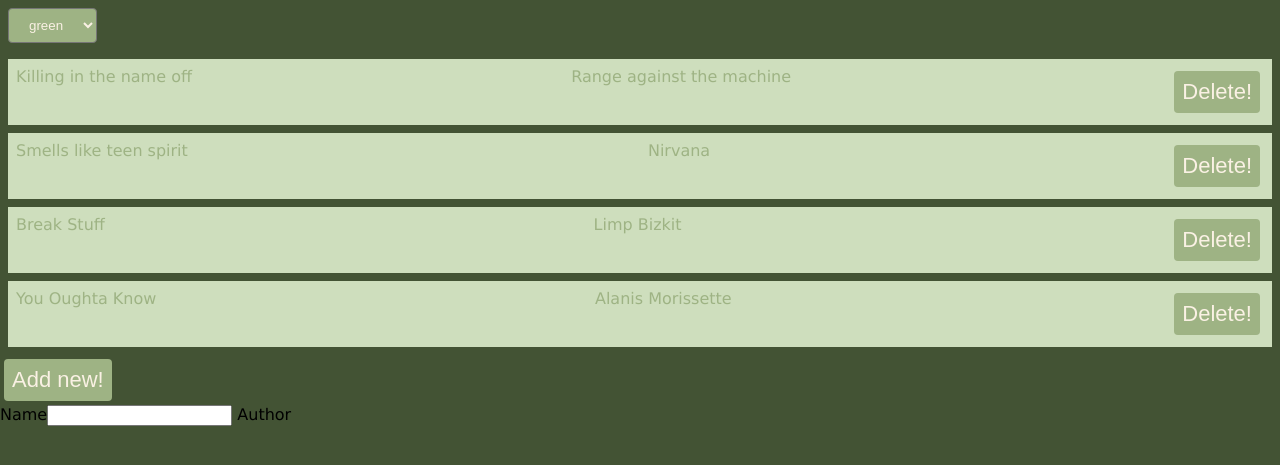
Repository: majakesin/moodify-app
Page: /angry, after clicking the first element matching `div > :nth-child(5)`
These files come from the project's save history. The page is drawn as it stood at one moment and after a run of saves; the edit follows.
The browser window is 1280 px wide. The pictures show the whole page.
The project was rebuilt for these pictures with package versions that can differ from the ones it lists, and the page was loaded fresh each time. Also part of the build but not shown: src/data/moods.js, src/components/Mood/index.jsx, src/pages/ChooseMood/index.module.css, src/pages/ChooseMood/index.jsx.

Above is the page before, as saved 2023-08-22 12:29:45.

### public/index.html
<!DOCTYPE html>
<html lang="en">
  <head>
    <meta charset="utf-8" />
    <link rel="icon" href="%PUBLIC_URL%/logo.svg" />
    <meta name="viewport" content="width=device-width, initial-scale=1" />
    <meta name="theme-color" content="#000000" />
    <meta
      name="description"
      content="Moodify -- App that gives yours ears the best music based on your mood"
    />
    <link rel="apple-touch-icon" href="%PUBLIC_URL%/logo.svg" />
    <!--
      manifest.json provides metadata used when your web app is installed on a
      user's mobile device or desktop. See https://developers.google.com/web/fundamentals/web-app-manifest/
    -->
    <link rel="manifest" href="%PUBLIC_URL%/manifest.json" />
    <!--
      Notice the use of %PUBLIC_URL% in the tags above.
      It will be replaced with the URL of the `public` folder during the build.
      Only files inside the `public` folder can be referenced from the HTML.

      Unlike "/favicon.ico" or "favicon.ico", "%PUBLIC_URL%/favicon.ico" will
      work correctly both with client-side routing and a non-root public URL.
      Learn how to configure a non-root public URL by running `npm run build`.
    -->
    <title>Moodify</title>
  </head>
  <body>
    <noscript>You need to enable JavaScript to run this app.</noscript>
    <div id="root"></div>
    <!--
      This HTML file is a template.
      If you open it directly in the browser, you will see an empty page.

      You can add webfonts, meta tags, or analytics to this file.
      The build step will place the bundled scripts into the <body> tag.

      To begin the development, run `npm start` or `yarn start`.
      To create a production bundle, use `npm run build` or `yarn build`.
    -->
  </body>
</html>

### src/index.js
import React from 'react';
import ReactDOM from 'react-dom/client';
import './index.css';
import {
  RouterProvider,
} from "react-router-dom";
import {router} from './router';
import reportWebVitals from './reportWebVitals';
import ThemeWrap from './pages/ThemeWrap';

const root = ReactDOM.createRoot(document.getElementById('root'));
root.render(
  <React.StrictMode>
    <ThemeWrap>
    <RouterProvider router={router} />
    </ThemeWrap>
  </React.StrictMode>
);

// If you want to start measuring performance in your app, pass a function
// to log results (for example: reportWebVitals(console.log))
// or send to an analytics endpoint. Learn more: https://bit.ly/CRA-vitals
reportWebVitals();

### src/index.css
body {
  margin: 0;
  font-family: -apple-system, BlinkMacSystemFont, 'Segoe UI', 'Roboto', 'Oxygen',
    'Ubuntu', 'Cantarell', 'Fira Sans', 'Droid Sans', 'Helvetica Neue',
    sans-serif;
  -webkit-font-smoothing: antialiased;
  -moz-osx-font-smoothing: grayscale;
}

code {
  font-family: source-code-pro, Menlo, Monaco, Consolas, 'Courier New',
    monospace;
}

@import '../src//styles/variables.css';

body {
  background-color: var(--first-color);
  font-family:'Lucida Sans', 'Lucida Sans Regular', 'Lucida Grande', 'Lucida Sans Unicode', Geneva, Verdana, sans-serif;
}
button {
  border: none;
  border-radius: 4px;
  padding: 8px;
  font-size: 22px;;
  margin: 4px;
  background-color: var(--second-color);
  color: var(--fourth-color);
}

button:hover {
  cursor: pointer;
}

select {
  border-radius: 4px;
  padding: 8px 16px;
  margin: 8px;
  background-color: var(--second-color);
  color: var(--fourth-color);
}

### src/router.jsx
import {
    createBrowserRouter,
} from "react-router-dom";
import ChooseMood from 'src/pages/ChooseMood';
import SongList from 'src/pages/SongList';


export const router = createBrowserRouter([
    {
        path: "/",
        element: <ChooseMood />
    },
    {
        path: "/:type",
        element: <SongList />
    }
]);

### src/pages/ThemeWrap/index.jsx
import { useEffect, useMemo, useState } from 'react';
import { setThemeOnFirstRender, setTheme, THEME_KEY } from 'src/utils';

const THEME_LIST = ['green', 'blue', 'pink'];

const ThemeWrap = (props) => {
    const { children } = props;
    const [currentTheme, setCurrentTheme] = useState(localStorage.getItem(THEME_KEY));

    const onChangeTheme = (e) => {
        setCurrentTheme(e.target.value);
        setTheme(e.target.value);
    }

    useEffect(() => {
        setThemeOnFirstRender();
    }, []);

    const selectOptions = useMemo(() => (
        THEME_LIST.map((theme) => (
            <option value={theme}>{theme}</option>
        ))
    ), []);

    return (
        <div>
            <select value={currentTheme} onChange={onChangeTheme}>
                {selectOptions}
            </select>
            {children}
        </div>);
}
export default ThemeWrap;

### src/pages/SongList/index.jsx
import { useMemo, useState, useCallback } from 'react';
import { useLocation } from 'react-router';
import Song from 'src/components/Song';
import { songs } from 'src/data/songs';

const SongList = () => {

    const songType = useLocation().pathname.split('/')[1];
    const songsToDisplay = songs[songType];

    const [showForm, setShowForm] = useState(false);
    const [newSong, setNewSong] = useState({ name: '', author: '' });

    //Example of the memoization
    const songsList = useMemo(() => (
        songsToDisplay.map((song, index) => (
            <Song {...song} index={index} type={songType} />)
        )), [songsToDisplay, songType]);

    const onShowForm = useCallback(() => setShowForm(!showForm), [showForm]);

    const form = useMemo(() => {
        const { name, author } = newSong;
        if (!showForm) {
            return null;
        }
        return (
            <div>
                <label>Name</label>
                <input type="text" name="Name" value={name} />
                <label> Author </label>
            </div>
        )
    }, [showForm, newSong]);
    return (
        <div>
            {songsList}
            <button onClick={onShowForm}> Add new! </button>
            {form}
        </div>
    )
}

export default SongList;

### src/utils/index.js
/* Example to show that functions that we are gonna use multiple in different components is okay to place in one file,
also I would probably on real project separate the constants in one file and functions in another..
*/

export const THEME_KEY = 'theme';
export const DEFAULT_THEME = 'green';

export const setTheme = theme => {
    localStorage.setItem(THEME_KEY, theme);
    document.documentElement.className = theme;
};

export const setThemeOnFirstRender = () => {
    const theme = localStorage.getItem(THEME_KEY);
    if(theme) {
        document.documentElement.className = theme;
        return;
    }
    document.documentElement.className = DEFAULT_THEME;
}

### src/components/Song/index.jsx
import styles from './index.module.css';
import { songs } from 'src/data/songs';

const Song = (props) => {

    const { name, author, index, type } = props;

    const onDelete = () => {
        songs[type].splice(index, 1);
    }

    return (
        <div className={styles.wrap}>
            <span>{name}</span>
            <span>{author}</span>
            <button onClick={onDelete}>Delete!</button>
        </div>
    )

};
export default Song;

### src/data/songs.js
export const songs = {
        'excited': [
            {
                name: 'Let,s Go Crazy',
                author: 'Prince',
            },
            {
                name: 'I Got You (I Feel Good)',
                author: 'James Brown & The Famous Flames',
            },
            {
                name: 'Dont Stop Me Now',
                author: 'Queen',
            },
            {
                name: 'Good as Hell',
                author: 'Lazoo'
            }
        ],
        'happy': [
                {
                    name: 'Say Yes',
                    author: 'Michelle Williams feat. Beyoncé and Kelly Rowland',
                },
                {
                    name: 'Valerie',
                    author: 'Mark Ronson feat. Amy Winehouse'

                },
                {
                    name: 'Tightrope',
                    author: 'Janelle Monáe',
                },
                {
                    name: 'Walking on Sunshine',
                    author: 'Katrina and the Waves',
                }
            ],
    'neutral': [
            {
                name: 'Baby Love',
                author: 'The Supremes',
            },
            {
                name: 'Truth Hurts',
                author: 'Lizzo',
            },
            {
                name: 'Without You',
                author: 'Carly Simon',
            },
            {
                name: 'You’re So Vain',
                author: 'Carly Simon',
            }
        ],
    'sad': [
            {
                name: 'Beliver',
                author: 'Imagine Dragons',
            },
            {
                name: 'In the end',
                author: 'Linkin Park',
            },
            {
                name: 'Nothing Compares to U',
                author: 'Sniead o Coner',
            },
            {
                name: 'Easy on me',
                author: 'Adele',
            },
        ],
    'angry': [
            {
                name: 'Killing in the name off',
                author: 'Range against the machine',
            },
            {
                name: 'Smells like teen spirit',
                author: 'Nirvana',
            },
            {
                name: 'Break Stuff',
                author: 'Limp Bizkit',
            },
            {
                name: 'You Oughta Know',
                author: 'Alanis Morissette',
            }
        ]
}

### src/components/Mood/index.module.css

@import '../../styles/variables.css';

.card {
    border: 1px solid var(--third-color);
    background-color: var(--third-color);
    border-radius: 4px;
    margin: 8px;
    padding: 8px;
    display: flex;
    min-width: 90vw;
    flex-direction: row;
    justify-content: space-between;
    color: var(--fourth-color);
}

.icon {
    color: var(--third-color);
}

.content {
    display: flex;
    flex-direction: column;
    align-items: center;
}

.desktop {
    @media only screen and (max-width: 600px) {
        display: none;
    }
}

### src/components/Song/index.module.css
@import '../../styles/variables.css';

.wrap {
    display: flex;
    flex-direction: row;
    justify-content: space-between;
    background-color: var(--third-color);
    color: var(--second-color);
    margin: 8px;
    padding: 8px;
}

### src/styles/variables.css

/*  I'would in this case give more meaningfull names for the variables like button-hover-color, or background..
    This is just because it's test example the numeric names.
 */

:root,
:root.green {
    --first-color: #435334;
    --second-color: #9EB384;
    --third-color: #CEDEBD;
    --fourth-color: #FAF1E4;
}
:root.blue {
    --first-color: #5585b5;
    --second-color: #53a8b6;
    --third-color: #79c2d0;
    --fourth-color: #bbe4e9;
}
:root.pink {
    --first-color: #45171d;
    --second-color: #e84a5f;
    --third-color: #ff847c;
    --fourth-color: #fecea8;
}

Loaded but not shown: src/reportWebVitals.js (common file)

After the next 3 saves:
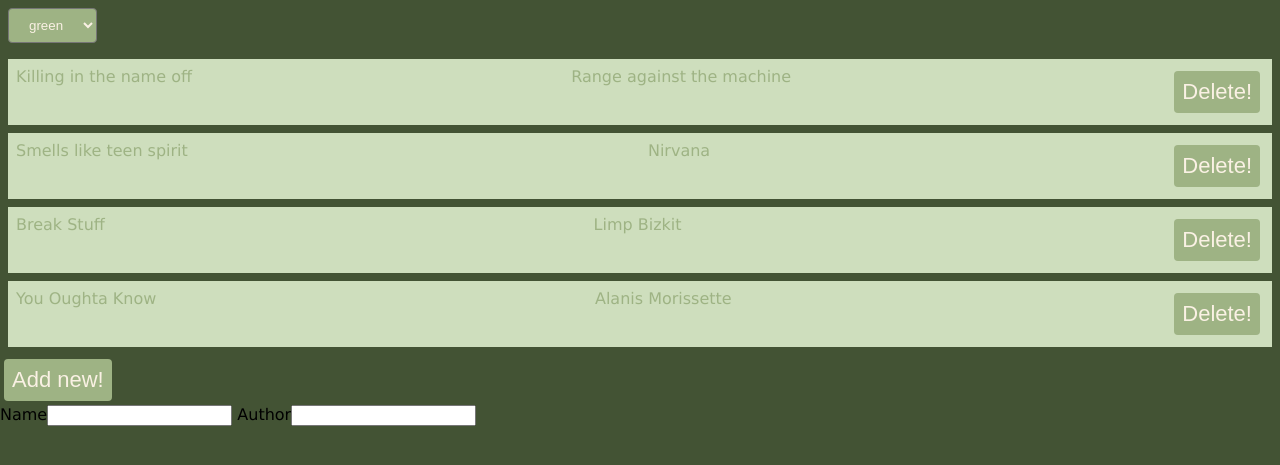
The 3 saves are shown as one change because 2 did not build or start.
The last was saved 34 s later.
--- a/src/pages/SongList/index.jsx
+++ b/src/pages/SongList/index.jsx
@@ -25,11 +25,15 @@ const SongList = () => {
             return null;
         }
         return (
-            <div>
-                <label>Name</label>
+            <form>
+                <label>Name
                 <input type="text" name="Name" value={name} />
-                <label> Author </label>
-            </div>
+                </label>
+                <label> Author
+                <input />
+                </label>
+
+            </form>
         )
     }, [showForm, newSong]);
     return (
